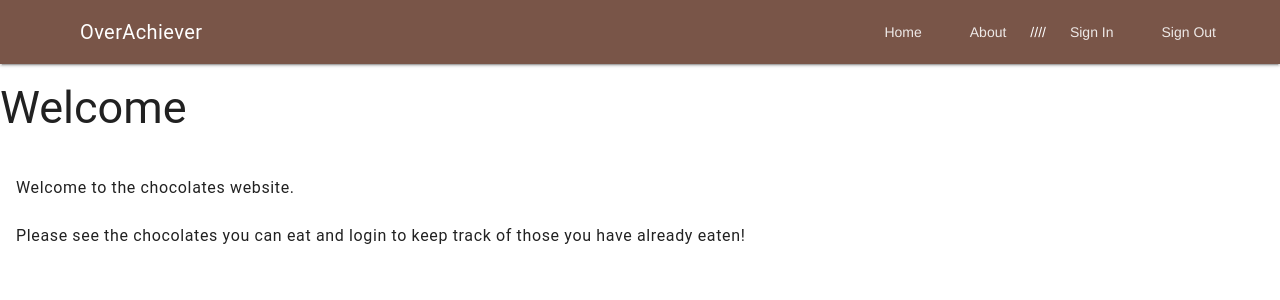
Repository: MotherTeresaHS/ICS3U-2019-Group16
Page: m_home.html
The author's editor kept a record of every edit. The page is drawn from the files as they stood at one moment, then again after the next edit.
The browser window is 1280 px wide. The pictures show the whole page.

Above is the page before.

After the next edit:
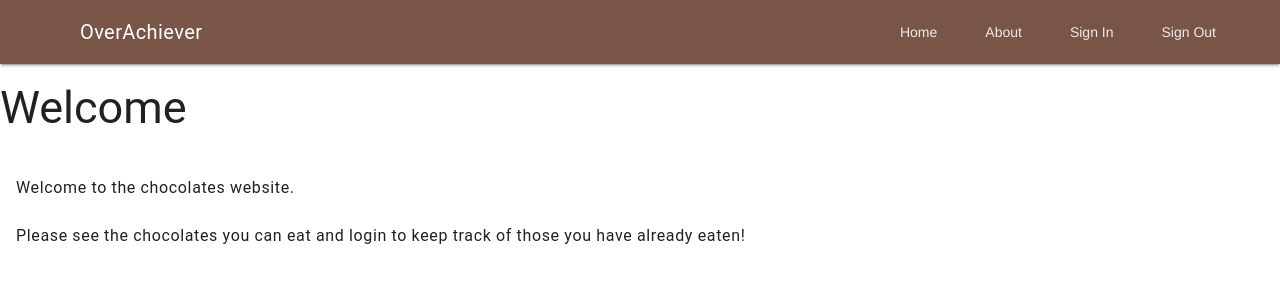
The edit:
--- a/m_home.html
+++ b/m_home.html
@@ -28,7 +28,7 @@
           <!-- Navigation. We hide it in small screens. -->
           <nav class="mdl-navigation mdl-layout--large-screen-only">
             <a class="mdl-navigation__link" href="./index.html">Home</a>
-            <a class="mdl-navigation__link" href="./about.html">About</a>                ////
+            <a class="mdl-navigation__link" href="./about.html">About</a>
             <a class="mdl-navigation__link" href="./sign-in.html">Sign In</a>
             <a class="mdl-navigation__link" href="./sign-out.html">Sign Out</a>
           </nav>
